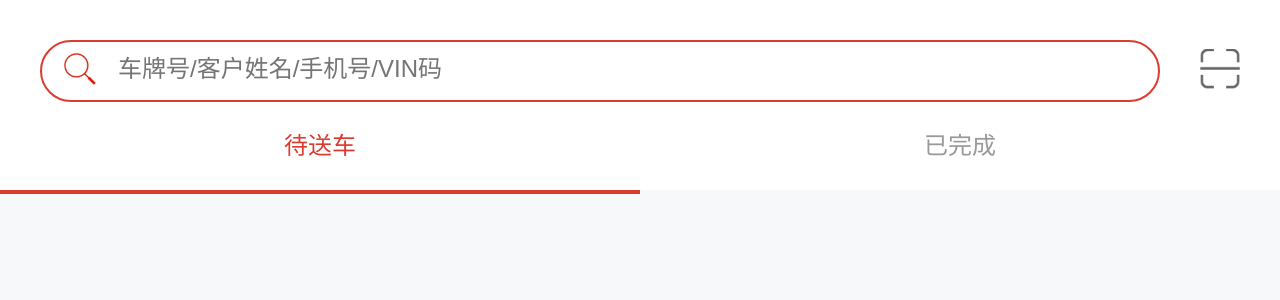
Repository: family-car/car
Page: checkCarList.html
The author's editor kept a copy of each file at every save. The page is drawn from the files as they stood at one save, then again after the next save.
The browser window is 1280 px wide. The pictures show the whole page.

Above is the page before, as saved 2020-05-12 18:19:54.

After the next save:
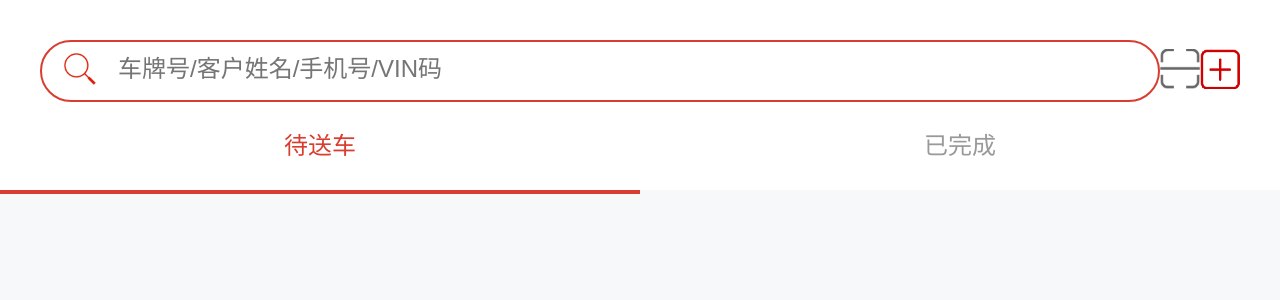
Saved 93 s later.
--- a/checkCarList.html
+++ b/checkCarList.html
@@ -28,7 +28,7 @@
                 <div class="fl flex flex-center searchIcon"><img src="src/image/search.png"/></div>
                 <input type="text" placeholder="车牌号/客户姓名/手机号/VIN码" class="fl"/>
             </div>
-            <div class="sys"><img src="src/image/sys.png"/></div>
+            <div class="sys"><img src="src/image/sys.png"/><img src="src/image/add.png"/></div>
         </div>
         <ul class="taskTabbar cf">
             <li class="active">待送车</li>
